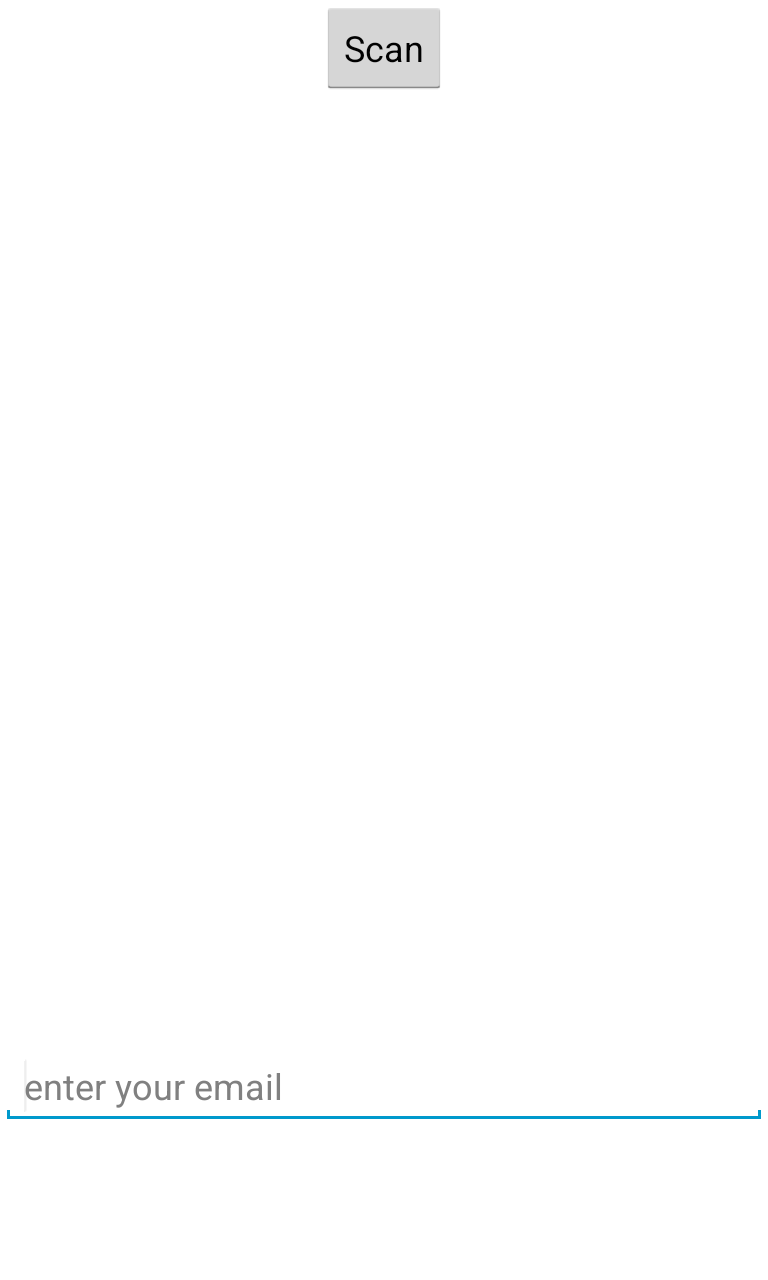
Repository: jessewang129/BarcodeScanner
Layout: nwhack/res/layout/activity_main.xml
An editor plug-in stored every save of this project. The layout is shown before and after the next save, followed by the edit.
It is drawn on a 768 x 1280 px phone screen (xhdpi) without system bars, with theme AppTheme; the app's code is not run.

Above is the layout before, as saved 2015-03-15 11:24:13.

### nwhack/res/layout/activity_main.xml
<RelativeLayout xmlns:android="http://schemas.android.com/apk/res/android"
    xmlns:tools="http://schemas.android.com/tools"
    android:layout_width="match_parent"
    android:layout_height="match_parent" >
    <Button android:id="@+id/scan_button"
        android:layout_width="wrap_content"
        android:layout_height="wrap_content"
        android:layout_centerHorizontal="true"
        android:text="@string/scan" />
    <TextView
	    android:id="@+id/scan_format"
	    android:layout_width="wrap_content"
	    android:layout_height="wrap_content"
	    android:textIsSelectable="true"
	    android:layout_centerHorizontal="true"
	    android:layout_below="@id/scan_button" />

	<TextView
	    android:id="@+id/scan_content"
	    android:layout_width="wrap_content"
	    android:layout_height="wrap_content"
	    android:layout_below="@id/scan_format"
	    android:textIsSelectable="true" />

	<TextView
	    android:id="@+id/product_name"
	    android:layout_width="match_parent"
	    android:layout_height="wrap_content"
	    android:layout_alignParentLeft="true"
	    android:layout_below="@+id/scan_content"
	    android:layout_marginTop="50dp"
	    android:textAppearance="?android:attr/textAppearanceLarge" />

	<EditText
	    android:id="@+id/email_address"
	    android:layout_width="fill_parent"
	    android:layout_height="wrap_content"
	    android:layout_alignParentBottom="true"
	    android:layout_alignParentLeft="true"
	    android:layout_marginBottom="77dp"
	    android:ems="10"
	    android:hint="enter your email"
	    android:inputType="textEmailAddress" >

	    <requestFocus />
	</EditText>

</RelativeLayout>

### nwhack/res/values/strings.xml
<?xml version="1.0" encoding="utf-8"?>
<resources>

    <string name="app_name">nwhack</string>
    <string name="hello_world">Hello world!</string>
    <string name="action_settings">Settings</string>
	<string name="scan">Scan</string>
	<string name="email_hint">enter your email</string>
</resources>

Loaded but not shown: nwhack/res/values/styles.xml (common file); nwhack/res/values-v11/styles.xml (common file); nwhack/res/values-v14/styles.xml (common file)

After the next save:
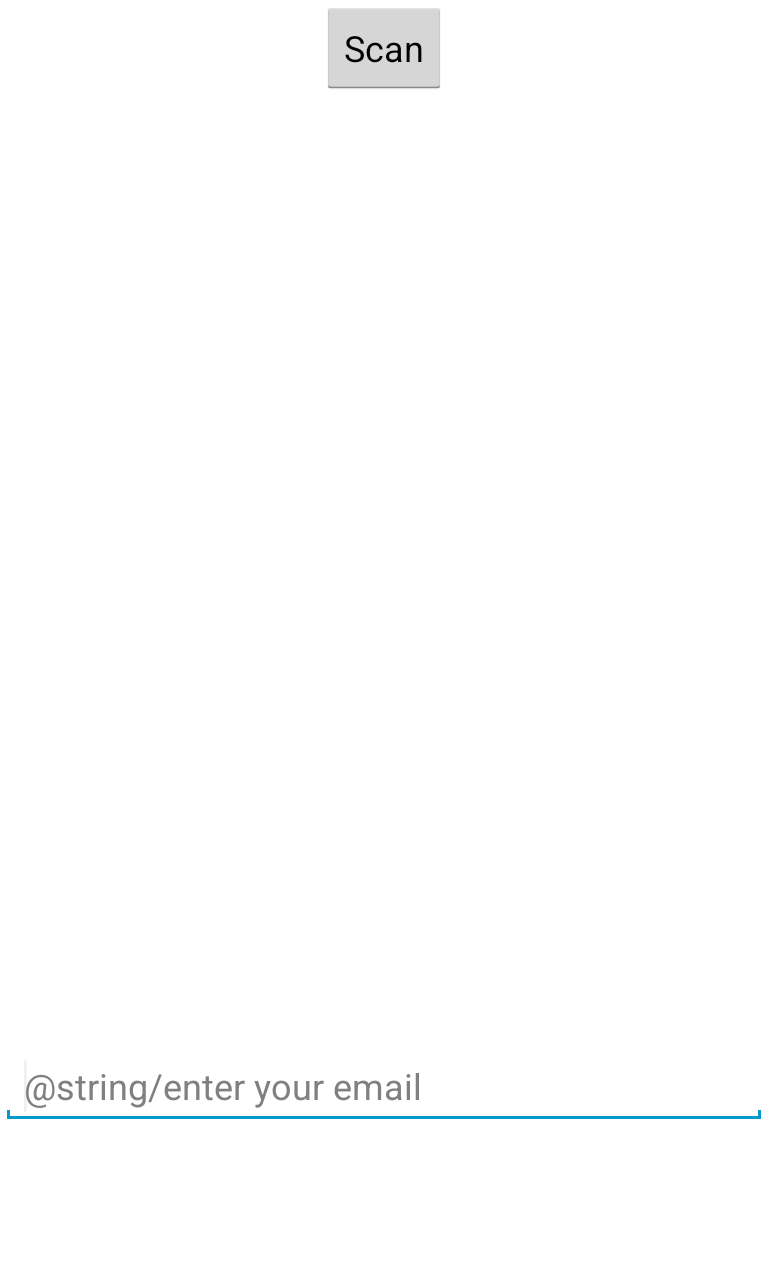
Saved 25 s later.
--- a/nwhack/res/layout/activity_main.xml
+++ b/nwhack/res/layout/activity_main.xml
@@ -39,7 +39,7 @@
 	    android:layout_alignParentLeft="true"
 	    android:layout_marginBottom="77dp"
 	    android:ems="10"
-	    android:hint="enter your email"
+	    android:hint="@string/enter your email"
 	    android:inputType="textEmailAddress" >
 
 	    <requestFocus />
